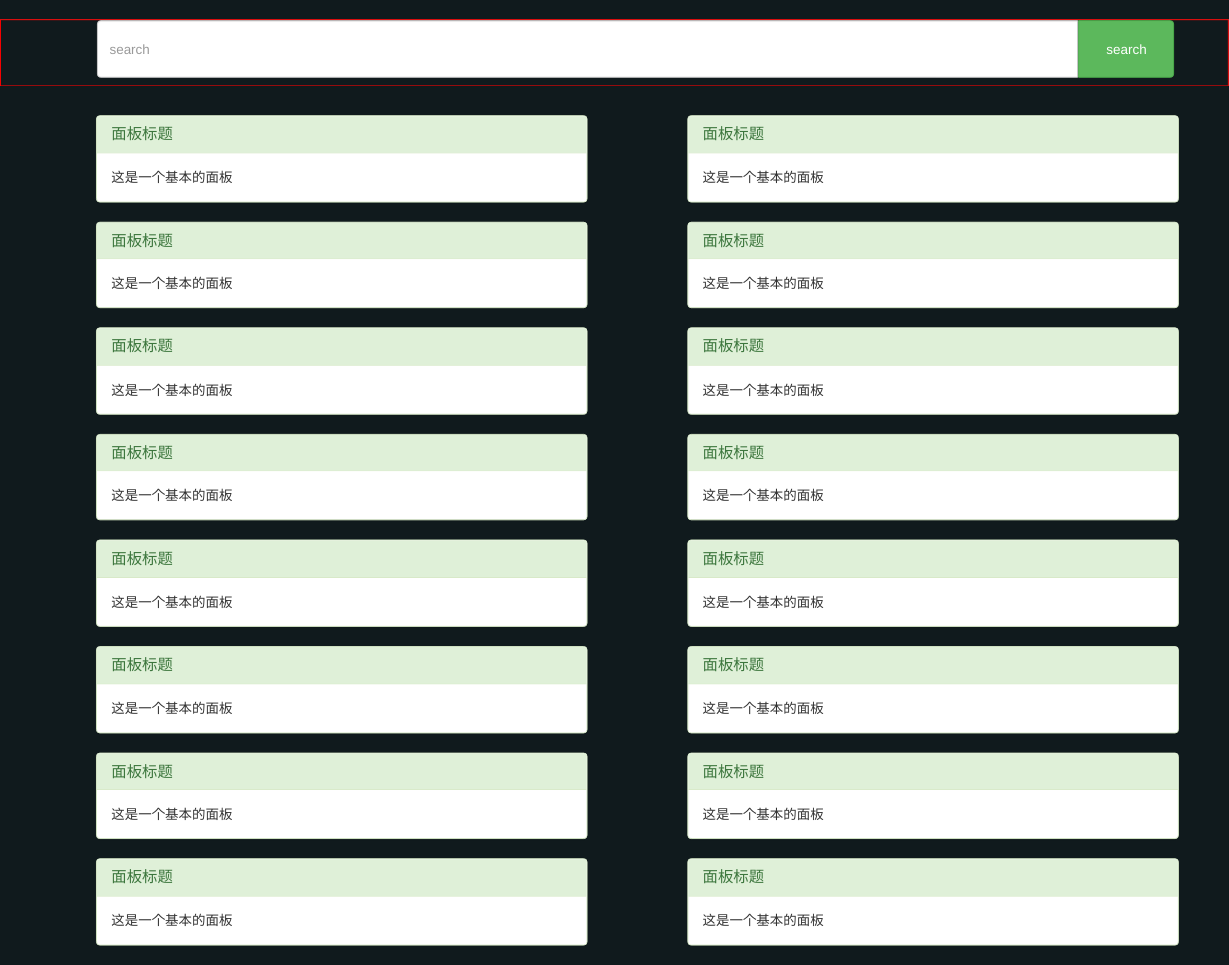
Repository: Tuzijing/Battlefield
Page: http://localhost/static/views/fram/fram.php
These files come from the project's save history. The page is drawn as it stood at one moment and after the next save; the edit follows.
The browser window is 1280 px wide. The pictures show the whole page, at 96% of full size.
The page is run by PHP 8.4 with error messages shown; the project is at /var/www/html/.

Above is the page before, as saved 2018-07-15 15:41:16.

After the next save:
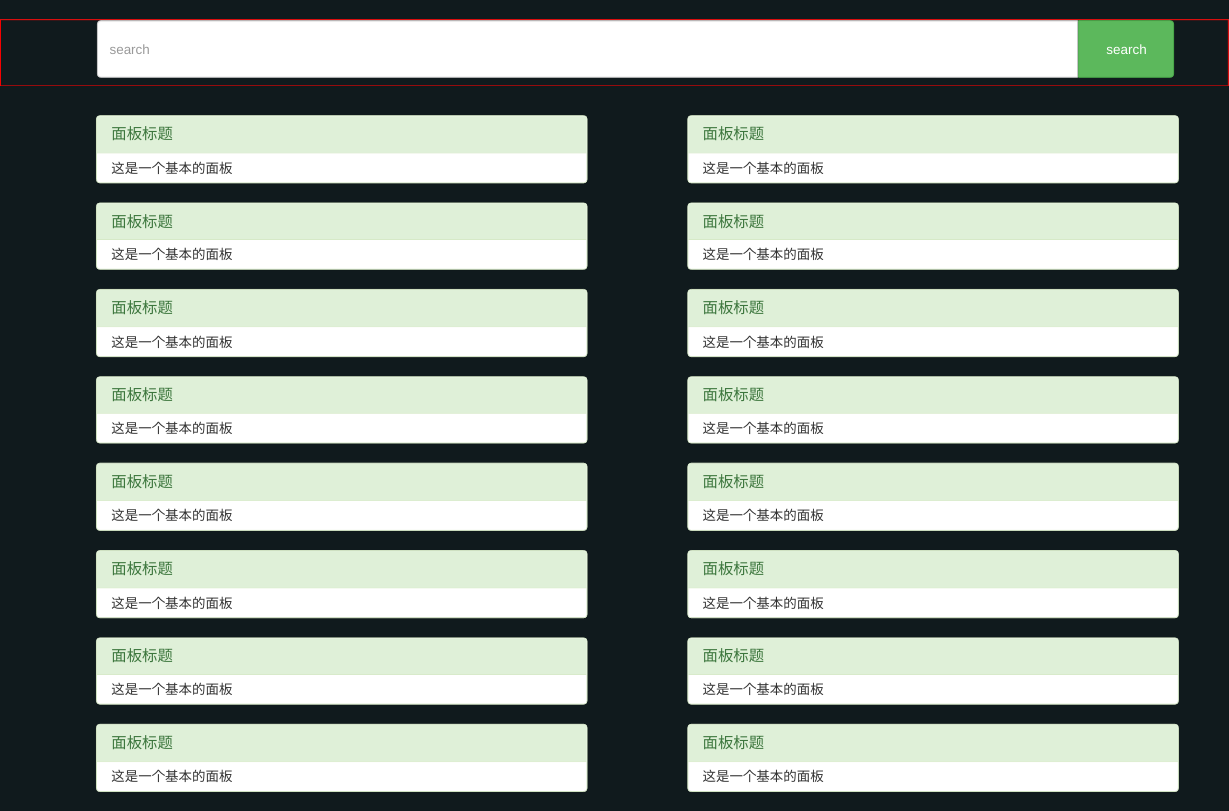
Saved 2 min 17 s later.
--- a/BattlefieldWebP/static/common/css/fram/fram.css
+++ b/BattlefieldWebP/static/common/css/fram/fram.css
@@ -10,6 +10,7 @@
 	padding:0xp;
 	width: 100%;
 	height: 100%;
+	line-height: 0px;
 }
 
 /*搜索框*/
